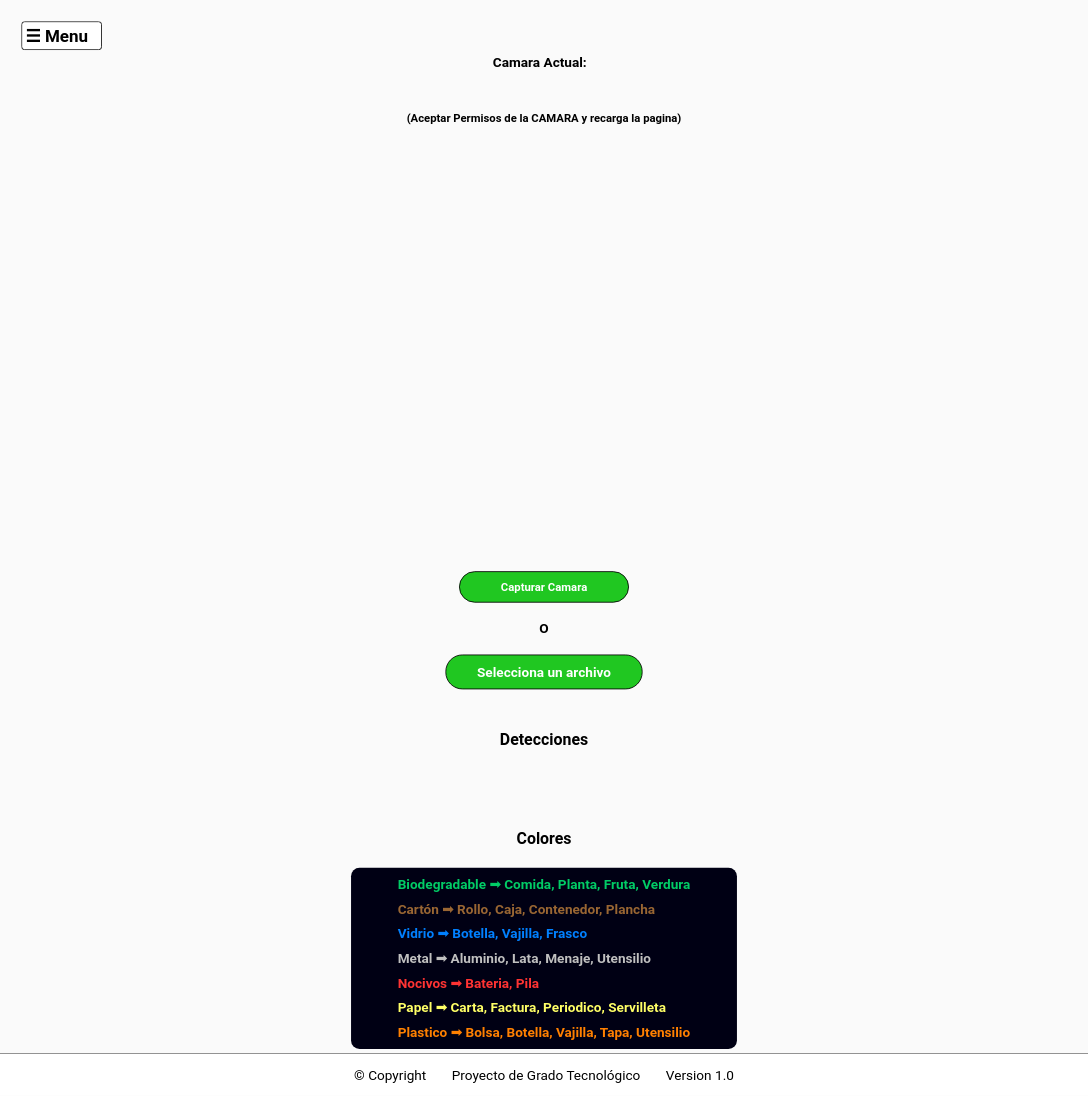
Repository: castecabas/Recicladora
Page: http://localhost/model
An editor plug-in stored every save of this project. The page is shown before and after the next save, followed by the edit.
The browser window is 1280 px wide. The pictures show the whole page, at 85% of full size.
Pictures or frames that could not be fetched are drawn as grey boxes. The page is served by the project's application, run on Flask 3 (src/index.py). Other server files are loaded and not shown.

Above is the page before, as saved 2025-01-03 20:20:13.

### src/templates/model.html
<!DOCTYPE html>
<html lang="en">

<head>
    <meta charset="UTF-8">
    <meta name="viewport" content="width=device-width, initial-scale=1.0">
    <title>Clasificador</title>
    <link rel="stylesheet" href="{{ url_for('static', filename='css/default.css') }}">
    <link rel="stylesheet" href="{{ url_for('static', filename='css/model.css') }}">
    <link rel="shortcut icon" href="https://i.postimg.cc/gk7MpWkm/logo.webp" />
</head>

<body>
    <span class="btn_openmenu" onclick="openNav()">&#9776; Menu</span><br><br>
    <nav class="aside" id="aside">
        <div class="overlay"></div>
        <img class="aside_logo" src="https://i.postimg.cc/gk7MpWkm/logo.webp" alt="Logo de la Empresa">
        <h1 style="text-decoration: underline;">Opciones</h1>

        <label for="confidenceThreshold">
            <span class="tooltip-container">
                <img class="logo_x"
                    src="https://images.vexels.com/media/users/3/152347/isolated/preview/27304b9b14ce9bd8a28ca637ed92070e-icono-de-signo-de-interrogacion-de-circulo-azul.png"
                    alt="Simbolo de Ayuda">
                <span class="tooltip-text">Es la probabilidad que determina en las predicciones,si es alto es más
                    confiable, aunque puede omitir objetos al no cumplir dicho porcentaje. Si es bajo, será menos
                    confiable, pero detectará aún más.</span>
            </span>
            Umbral de Confianza:
        </label>
        <input type="range" id="confidenceThreshold" min="0.1" max="0.9" step="0.01" value="0.5">
        <span id="confidenceValue" style="color: white;">0.5</span>

        <label for="SwitchCamera">Camara</label>
        <button id="switchCameraBtn">Cambiar de dispositivo</button>
        <br>
        <label class="nav-link-aside" for="darkModeToggle"><input type="checkbox" class="btn_darkmode"
                id="darkModeToggle" hidden>
            Modo Oscuro</label>
        <a href="javascript:void(0)" class="closebtn" onclick="closeNav()">Cerrar Menú</a>
        <a href="{{ url_for('index') }}" class="nav-link">Ir a Inicio</a>
    </nav>

    <div class="container">
        <main>
            <div>
                <div>
                    <p>Camara Actual: <span id="currentCamera"></span></p>
                        <h5>(Aceptar Permisos de la CAMARA y recarga la pagina)</h5>
                    <video id="video" width="640" height="480" autoplay></video><br>
                    <button id="captureBtn">Capturar Camara</button>
                    <p>O</p>
                    <input type="file" id="fileInput" hidden accept="image/*,video/*">
                    <label for="fileInput" id="fileinputlabel">Selecciona un archivo</label>
                </div>
                <br>
                <img id="resultImage" alt="">
            </div>
            <canvas id="canvas" width="640" height="480" style="display:none;"></canvas>
            <div>
                <h3>Detecciones</h3>
                <ul id="detectionsList"></ul>
            </div>
            <div class="colors">
                <h3>Colores</h3>
                <ul>
                    <li class="bio">Biodegradable &#10143; Comida, Planta, Fruta, Verdura</li>
                    <li class="cardb">Cartón &#10143; Rollo, Caja, Contenedor, Plancha</li>
                    <li class="glass">Vidrio &#10143; Botella, Vajilla, Frasco</li>
                    <li class="metal">Metal &#10143; Aluminio, Lata, Menaje, Utensilio</li>
                    <li class="noxios">Nocivos &#10143; Bateria, Pila</li>
                    <li class="paper">Papel &#10143; Carta, Factura, Periodico, Servilleta</li>
                    <li class="plastic">Plastico &#10143; Bolsa, Botella, Vajilla, Tapa, Utensilio</li>
                </ul>
            </div>
        </main>
        {% include 'components/footer.html' %}
    </div>
    <script src="{{ url_for('static', filename='js/model.js') }}"></script>
    <script src="{{ url_for('static', filename='js/dark_mode.js') }}"></script>
</body>

</html>

### src/templates/components/footer.html
<footer class="footer">
    <style>
        .footer {
            width: 100%;
            background-color: white;
            text-align: center;
            padding: 15px;
            box-sizing: border-box;
            position: relative;
            bottom: 0;
            font-family: 'Roboto', sans-serif;
            border-top: 1px solid gray;
            margin-top: auto;
        }

        .footer ul {
            list-style: none;
            padding: 0;
            margin: 0;
            display: flex;
            flex-direction: column;
            align-items: center;
        }

        .footer ul li {
            text-decoration: none;
            margin: 5px 0;
        }

        @media (min-width: 600px) {
            .footer ul {
                flex-direction: row;
                justify-content: center;
            }

            .footer ul li {
                margin: 0 15px;
            }
        }

        /* MODO OSCURO */
        body.dark-mode footer{
            background: rgb(29, 0, 28);
            background: linear-gradient(90deg, rgba(29, 0, 28, 1) 0%, rgba(11, 0, 34, 1) 8%, rgba(0, 0, 22, 1) 100%);
            border-top: 1px solid #686868;
            transition: all 0.3s ease-in;
        }

        body.dark-mode footer li{
            color: white;
        }
    </style>

    <ul>
        <li>© Copyright</li>
        <li>Proyecto de Grado Tecnológico</li>
        <li>Version 1.0</li>
    </ul>

</footer>

### src/index.py
from flask import Flask, render_template, Response, request, jsonify
from yolo_model import YOLOModel
from camera import Camera
import cv2
import numpy as np
import base64

app = Flask(__name__)

yolo_model = YOLOModel('src/model/best.pt')
camera = Camera()

# RUTAS
@app.route('/')
@app.route('/home')
@app.route('/index')
def index():
    return render_template('index.html')

@app.route('/about')
def about():
    return render_template('about.html')

@app.route('/learn')
def learn():
    return render_template('learn.html')

@app.route('/model')
def model():
    return render_template('model.html')

@app.route('/news')
def news():
    return render_template('news.html')

@app.route('/recycle')
def recycle():
    return render_template('recycle.html')

# FUNCIONES

    #NOTE: obtener las camaras
@app.route('/get_cameras')
def get_cameras():
    return jsonify(camera.get_camera_list())

    #NOTE: cambiar camara
@app.route('/switch_camera/<int:camera_id>')
def switch_camera(camera_id):
    camera.select_camera(camera_id)
    return "OK"

    #NOTE: detectar dicha imagen
@app.route('/detect', methods=['POST'])
def detect():
    try:
        if 'file' not in request.files:
            return jsonify({'error': 'No file part'}), 400

        file = request.files['file']
        confidence = float(request.form.get('confidence', 0.25))

        # Lee la imagen del archivo
        npimg = np.fromfile(file, np.uint8)
        img = cv2.imdecode(npimg, cv2.IMREAD_COLOR)

        # Detecta objetos usando el modelo YOLO
        results = yolo_model.detect(img, conf_threshold=confidence)
        if results is None:
            return jsonify({'error': 'No detections returned from model'}), 500

        # Dibuja los cuadros de detección en la imagen
        processed_img = yolo_model.draw_boxes(img, results)

        # Codifica la imagen procesada en base64 para enviar al cliente
        _, buffer = cv2.imencode('.jpg', processed_img)
        img_base64 = base64.b64encode(buffer).decode('utf-8')

        return jsonify({
            'image': f'data:[embedded picture, 35 characters]',
            'detections': results
        })
    except Exception as e:
        print(f"Error during detection: {e}")
        return jsonify({'error': str(e)}), 500

# EJECUCION
if __name__ == '__main__':
    app.run(debug=True)

### src/static/css/default.css
:root{
    --blanco-pagina:#fafafa;
    --overlay-intensidad:rgba(0,0,0,0.65);

    --verde-50:#f1fdf0;
    --verde-100:#ddfcdc;
    --verde-200:#baf8ba;
    --verde-300:#72ee72;
    --verde-400:#48e049;
    --verde-500:#20c721;
    --verde-600:#14a516;
    --verde-700:#148116;
    --verde-800:#156617;
    --verde-900:#135415;
    --negro-950:#052e07;

    /* MODO OSCURO PALETA*/
    --dark-blue:#000014;
}

* {
    font-family: "Roboto", sans-serif;
  }

### src/static/css/model.css
html,
body {

    margin: 0;
    padding: 0;

    background-color: var(--blanco-pagina);
    display: flex;
    flex-direction: column;
    min-height: 100vh;
    transition: all 0.5s ease;
}

main {
    max-height: auto;
}

.btn_openmenu {
    font-size: 20px;
    cursor: pointer;
    position: fixed;
    background-color: white;
    border-radius: 4px;
    border: 1px solid black;
    margin: 25px;
    padding: 4px;
    padding-right: 15px;
    z-index: 100;
    font-weight: 600;
}

.btn_openmenu:hover {
    background-color: #d1d1d1;
}

.container {
    display: flex;
    flex-direction: column;
    min-height: 100vh;
    width: 100%;
    /* Asegura que ocupe todo el ancho */
    align-items: center;
    margin: 0;
    box-sizing: border-box;
}

main div {
    display: flex;
    flex-direction: column;
    align-items: center;
    justify-content: center;
    flex-grow: 1;
    width: 100%;
    max-width: 800px;
    box-sizing: border-box;
}

main div * {
    padding: 5px;
}

main div p {
    font-weight: bold;
}

main div #video {
    border-radius: 20px;
    max-width: 640px;
    width: 100%;
    max-height: 700px;
    aspect-ratio: 4/3;
    padding: 0;
}

main div #resultImage {
    border-radius: 20px;
    max-width: 640px;
    width: 100%;
    max-height: 740px;
    padding: 0;
    border: 0px;
    box-shadow: 10px 10px 15px rgba(0, 0, 0, 0.5);
}

@media(max-width:638px) {
    main div #resultImage {
        border-radius: 0;
        box-shadow: none;
    }

}

main div #captureBtn,
main div #fileinputlabel {
    border-radius: 20px;
    background-color: var(--verde-500);
    color: white;
    font-weight: bold;
    padding: 10px 15px 10px 15px;
    border: 1px solid black;
    width: 200px;
    text-align: center;
}

main div #captureBtn:hover,
main div #fileInput:hover {
    background-color: var(--verde-600);
    cursor: pointer;
}

main div ul#detectionsList {
    overflow-y: auto;
    max-height: 200px;
    width: 90vw;
    max-width: 634px;

}

main div ul#detectionsList li {
    font-size: large;
}


.aside {
    background: url(https://i.postimg.cc/8kbKKzK0/model-aside.webp);
    background-repeat: no-repeat;
    background-size: cover;
    height: 100%;
    width: 0;
    position: fixed;
    z-index: 100;
    top: 0;
    left: 0;
    background-color: var(--negro-950);
    overflow-x: hidden;
    transition: 0.5s;
    justify-content: center;
    color: white;
    display: flex;
    flex-direction: column;
    text-align: center;
    align-items: center;
}

.aside * {
    margin: 5px 20px 5px 20px;
    font-weight: bold;
    z-index: 102;
    padding: 8px;
    color: var(--verde-500);
}

.aside .overlay {
    position: absolute;
    margin: 0;
    top: 0;
    left: 0;
    right: 0;
    bottom: 0;
    background-color: var(--overlay-intensidad);
    z-index: 101;
}

.aside img.aside_logo {
    aspect-ratio: 1/1;
    max-width: 100px;
}

@media(max-height:850px) {
    .aside img.aside_logo {
        display: none;
    }
}


.aside h1 {
    color: var(--verde-500);
}

.aside .closebtn {
    text-decoration: none;
    color: var(--verde-600);
    border-radius: 4px;
    padding: 10px 15px 10px 15px;
    border: 1px solid var(--verde-600);
    width: 134px;
}

.aside .closebtn:hover {
   color: var(--verde-700);
   border: 1px solid var(--verde-700);
}

.aside .logo_x {
    position: relative;
    padding: 0 8px 0 0;
    margin: 0px;
    aspect-ratio: 1/1;
    height: 20px;
    cursor: pointer;
}


/* Estilos del contenedor del tooltip */
.tooltip-container {
    position: relative;
    display: inline-block;
    padding: 0;
    margin: 0;
}

/* Ocultar el tooltip por defecto */
.tooltip-text {
    opacity: 0;
    /* Oculto por defecto */
    width: 135px;
    background-color: #2ea664;
    color: var(--verde-50);
    text-align: center;
    font-size: small;
    padding: 5px;
    border-radius: 5px;
    position: absolute;
    top: -120px;
    /* Ajusta la posición para que esté sobre la imagen */
    left: 50%;
    transform: translateX(-25%);
    transition: opacity 0.3s ease-in-out;

    /* Transición suave */
    z-index: 9000;
}

/* Flecha del tooltip */
.tooltip-text::after {
    content: "";
    position: absolute;
    bottom: -5px;
    /* Flecha debajo del tooltip */
    left: 50%;
    transform: translateX(-50%);
    border-width: 5px;
    border-style: solid;
    border-color: #333 transparent transparent transparent;
}

/* Mostrar el tooltip al pasar el ratón sobre la imagen */
.tooltip-container:active .tooltip-text,
.tooltip-container:hover .tooltip-text {
    opacity: 1;
    animation: hideTooltip 18s forwards;
    /* Inicia la animación para ocultarlo después de 3 segundos */
}

/* Animación para ocultar el tooltip */
@keyframes hideTooltip {
    0% {
        opacity: 1;
    }

    90% {
        opacity: 1;
    }

    100% {
        opacity: 0;
    }
}


.aside #confidenceThreshold {
    accent-color: var(--verde-500);
    background-color: white;
    cursor:grab;
}


.aside .colors li {
    list-style: none;
}


.aside #switchCameraBtn {
    border-radius: 4px;
    background-color: var(--verde-500);
    color: white;
    border: 1px solid black;
}

.aside #switchCameraBtn:hover {
    background-color: var(--verde-600);
    cursor: pointer;
}

.aside .nav-link-aside {
    text-decoration: none;
    color: white;
    background-color: none;
    border-radius: 4px;
    max-width: 75vw;
    padding: 10px 15px 10px 15px;
    border: 1px solid black;
    width: 134px;
    font-size: large;
}

.aside .nav-link{
    text-decoration: none;
    color: var(--verde-50);
    background-color: none;
    border-radius: 4px;
    max-width: 75vw;
    padding: 10px 15px 10px 15px;
    width: 134px;
    font-size: medium;
}


.aside .nav-link:hover {
    color: var(--verde-100);

}

.aside .nav-link-aside {
    color: var(--verde-500);
   border: 1px solid var(--verde-500);
    font-size: medium;
}

.aside .nav-link-aside:hover {
    color: var(--verde-600);
   border: 1px solid var(--verde-600);
    cursor: pointer;
}

label#fileinputlabel:hover {
    cursor: pointer;
    background-color: var(--verde-600);
}

body div.colors {


    padding: 5px;

    label {
        font-weight: bold;
    }

    ul {
        margin: 0;
        padding: 5px 50px 5px 50px;
        border-radius: 10px;
        background: var(--dark-blue);
        max-width: max-content;
        position: relative;
        justify-content: center;

        li {
            list-style-type: none;
            font-weight: 600;
            line-break: anywhere;

        }
    }


    .bio {
        color: #00cc66;
    }

    .cardb {
        color: #996633;
    }

    .glass {
        color: #0080ff;
    }

    .metal {
        color: #c0c0c0;
    }

    .noxios {
        color: #ff3333;
    }

    .paper {
        color: #ffff66;
    }

    .plastic {
        color: #ff8000;
    }
}


/* MODO OSCURO */

body.dark-mode {
    background-color: var(--dark-blue);
}

body.dark-mode h5{
    color:white ;
}

body.dark-mode #video {
    border: 1px outset white;
}

body.dark-mode .container p,
body.dark-mode .container h3 {
    color: white;
}

body.dark-mode .container p,
body.dark-mode .container ul#detectionsList li {
    color: white;
}

body.dark-mode div.colors ul{
    border: 1px solid white;
    border-radius: 10px;
}

### src/static/js/model.js
let currentCameraIndex = 0;
let cameras = [];
const clsname = [
    "Comida", "Planta", "Fruta o Verdura", "Base de Carton", "Caja de Carton",
    "Contenedor de Carton", "Forma de Carton", "Botella de Vidrio", "Vajilla de Vidrio",
    "Fragmentos de Vidrio", "Frasco de Vidrio", "Jarra de Vidrio", "Aluminio",
    "Contenedor Metalico", "Latas de Alimento", "Menaje Metalico", "Metal Menor",
    "Utensilio Metalico", "Bateria o Pila", "Carta de Papel", "Recibo o Factura",
    "Periodico o Revista", "Forma de Papel", "Papel de Higiene", "Bolsa de Plastico",
    "Botella de Plastico", "Contenedor de Plastico", "Envase de Plastico",
    "Vajilla de Plastico", "Tapa de Plastico", "Utensilio de Plastico"
  ];
let confidenceThreshold = 0.5;

const parrafo = document.getElementById("confidenceValue");

const valorDecimal = parseFloat(parrafo.textContent);
const valorPorcentaje = valorDecimal * 100;
parrafo.textContent = valorPorcentaje + "%";

document.addEventListener('DOMContentLoaded', function () {
    fetchCameras();

    document.getElementById('switchCameraBtn').addEventListener('click', switchCamera);
    document.getElementById('captureBtn').addEventListener('click', captureAndDetect);
    document.getElementById('fileInput').addEventListener('change', handleFileSelect);

    const confidenceSlider = document.getElementById('confidenceThreshold');
    const confidenceValue = document.getElementById('confidenceValue');

    confidenceSlider.addEventListener('input', function () {
        confidenceThreshold = parseFloat(this.value);
        confidenceValue.textContent = confidenceThreshold.toFixed(2);
        const valorDecimal = parseFloat(parrafo.textContent);
        const valorPorcentaje = valorDecimal * 100;
        parrafo.textContent = valorPorcentaje.toFixed(0) + "%";
    });
});

function fetchCameras() {
    navigator.mediaDevices.enumerateDevices()
        .then(devices => {
            cameras = devices.filter(device => device.kind === 'videoinput');
            updateCurrentCamera();
        })
        .catch(error => {
            console.error('Error enumerating devices:', error);
        });
}

async function switchCamera() {
    currentCameraIndex = (currentCameraIndex + 1) % cameras.length;
    updateCurrentCamera();

    try {
        const stream = await navigator.mediaDevices.getUserMedia({
            video: { deviceId: { ideal: cameras[currentCameraIndex].deviceId } }
        });
        document.getElementById('video').srcObject = stream;
    } catch (error) {
        console.error('Error switching camera:', error);
    }
}

function updateCurrentCamera() {
    const cameraInfo = cameras[currentCameraIndex] ? cameras[currentCameraIndex].label : 'Unknown';
    document.getElementById('currentCamera').textContent = cameraInfo;
}

function captureAndDetect() {
    const video = document.getElementById('video');
    const canvas = document.getElementById('canvas');
    const context = canvas.getContext('2d');

    context.drawImage(video, 0, 0, canvas.width, canvas.height);
    canvas.toBlob(blob => {
        const formData = new FormData();
        formData.append('file', blob, 'capture.jpg');
        formData.append('confidence', confidenceThreshold);
        detectObjects(formData);
    }, 'image/jpeg');
}

function handleFileSelect(event) {
    const file = event.target.files[0];
    const formData = new FormData();
    formData.append('file', file);
    formData.append('confidence', confidenceThreshold);
    detectObjects(formData);
}

function detectObjects(formData) {
    fetch('/detect', {
        method: 'POST',
        body: formData
    })
        .then(response => response.json())
        .then(data => {
            document.getElementById('resultImage').src = data.image;
            updateDetectionsList(data.detections);
        })
        .catch(error => {
            console.error('Error detecting objects:', error);
        });
}

function updateDetectionsList(detections) {
    const list = document.getElementById('detectionsList');
    list.innerHTML = '';
    detections.forEach(detection => {
        const [x1, y1, x2, y2, conf, cls] = detection;
        const li = document.createElement('li');
        li.textContent = `Clase: ${clsname[cls] || 'Desconocido'}, Confianza: ${conf.toFixed(2) * 100} %`;
        list.appendChild(li);
    });
}

async function initializeCamera() {
    try {
        const stream = await navigator.mediaDevices.getUserMedia({ video: true });
        document.getElementById('video').srcObject = stream;
    } catch (error) {
        console.error('Error accessing camera:', error);
    }
}

function openNav() {
    document.getElementById("aside").style.width = "250px";
}

function closeNav() {
    document.getElementById("aside").style.width = "0";
}

initializeCamera();

### src/static/js/dark_mode.js
document.addEventListener("DOMContentLoaded", () => {
    const toggle = document.getElementById("darkModeToggle");
    const darkModeEnabled = localStorage.getItem("darkMode") === "enabled";

    if (darkModeEnabled) {
        document.body.classList.add("dark-mode");
        toggle.checked = true;
    }

    toggle.addEventListener("change", () => {
        if (toggle.checked) {
            document.body.classList.add("dark-mode");
            localStorage.setItem("darkMode", "enabled");
        } else {
            document.body.classList.remove("dark-mode");
            localStorage.setItem("darkMode", "disabled");
        }
    });
});

After the next save:
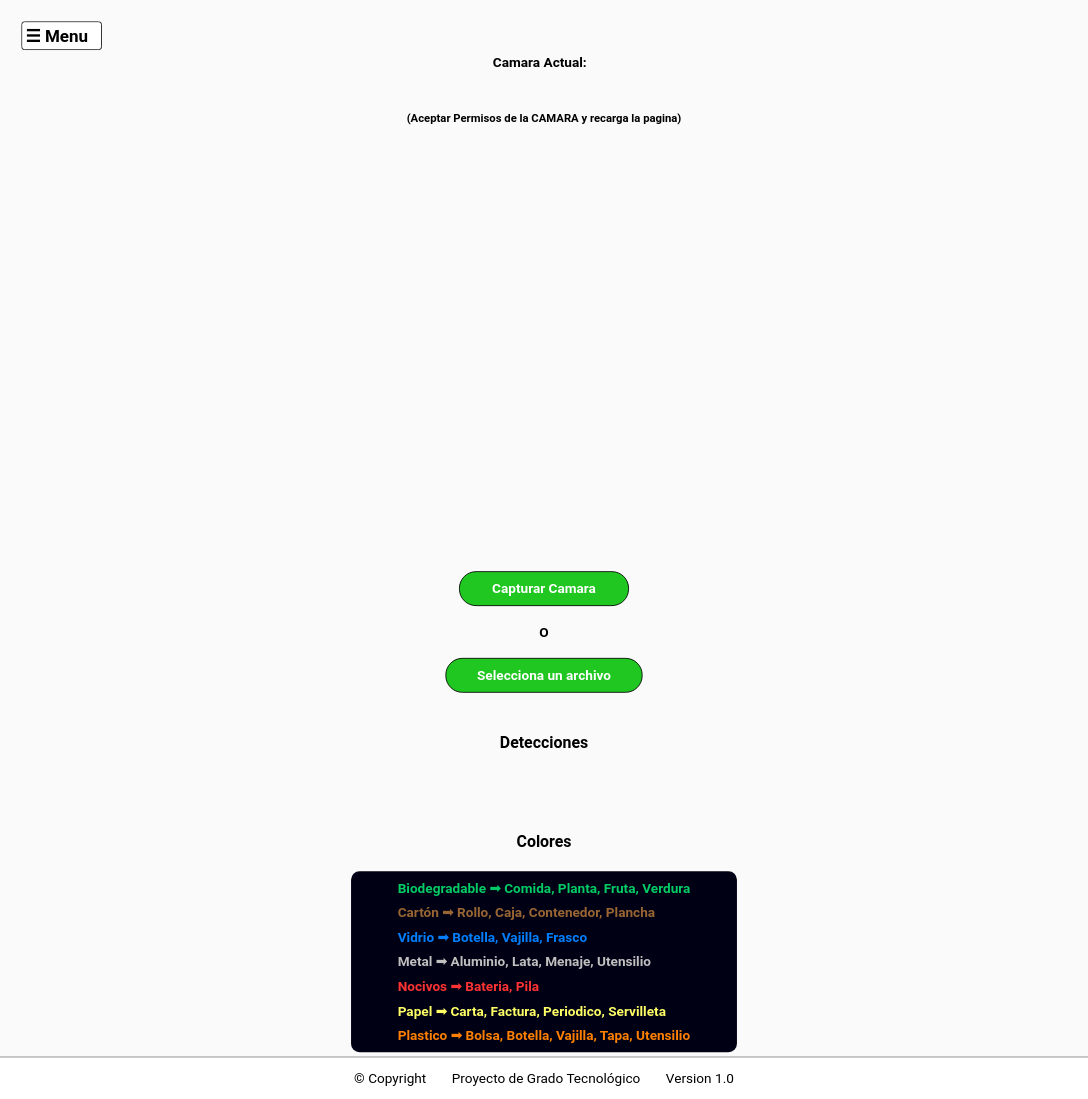
Saved 13 s later.
--- a/src/static/css/model.css
+++ b/src/static/css/model.css
@@ -100,6 +100,7 @@ main div #fileinputlabel {
     border: 1px solid black;
     width: 200px;
     text-align: center;
+    font-size: medium;
 }
 
 main div #captureBtn:hover,
